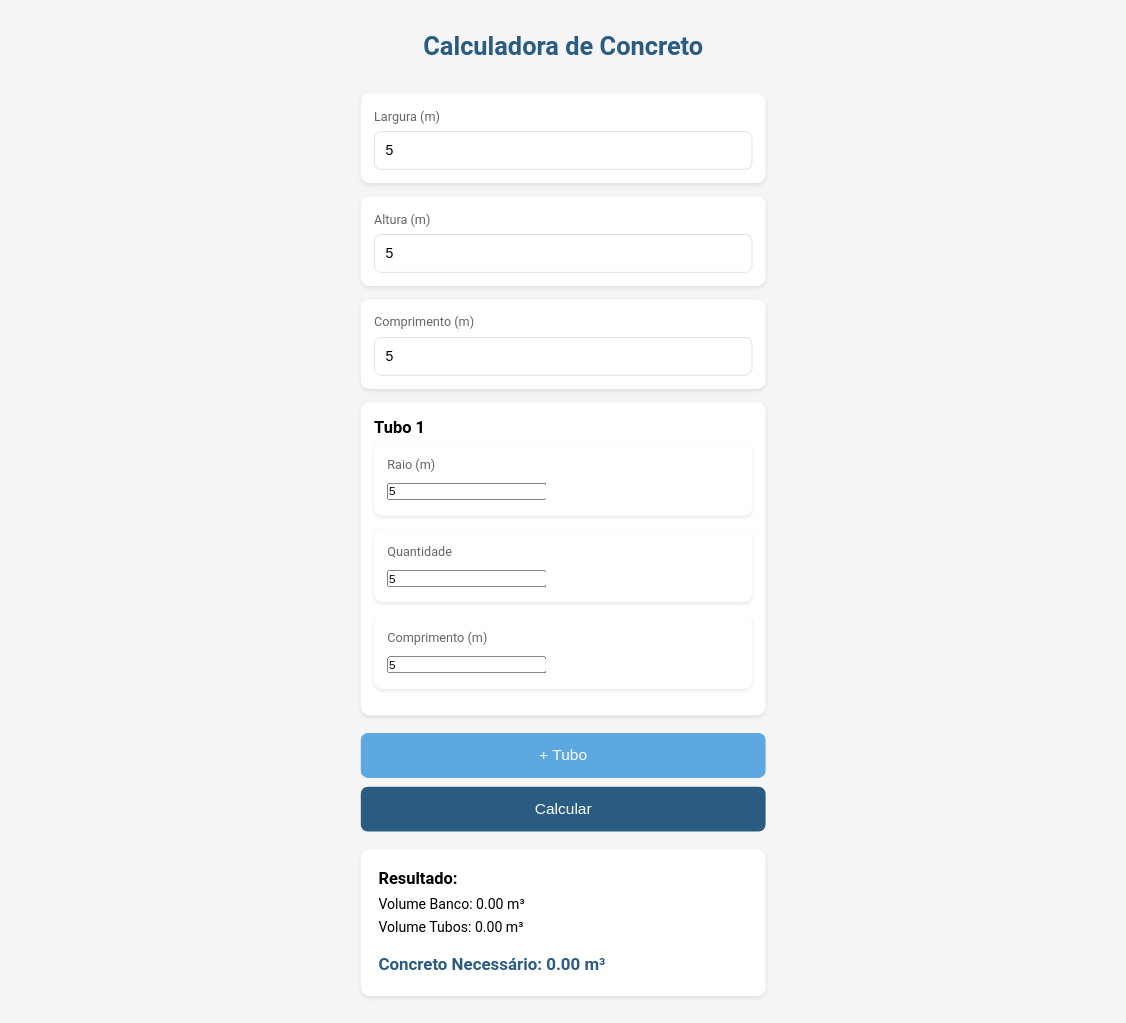
Repository: Valmir-Goncalves/calc_Uane_Souza
Page: concrete-calc/index.html
The author's editor kept a copy of each file at every save. The page is drawn from the files as they stood at one save, then again after the next save.
The browser window is 1280 px wide. The pictures show the whole page, at 88% of full size.
Empty fields were first filled with sample values (such as "Sample", 5 or name@example.com).
After loading, the first visible `button.mobile-btn` was clicked once.

Above is the page before, as saved 2025-03-22 20:51:12.
Console error: SyntaxError: Unexpected token '<'

### concrete-calc/index.html
<!DOCTYPE html>
<html lang="pt-BR">
<head>
    <meta charset="UTF-8">
    <meta name="viewport" content="width=device-width, initial-scale=1.0, maximum-scale=1.0, user-scalable=no">
    <title>ConcreteCalc Mobile</title>
    <link rel="manifest" href="manifest.json">
    <link rel="stylesheet" href="css/style.css">
</head>
<body>
    <div class="container">
        <h1>Calculadora de Concreto</h1>

        <div class="input-group">
            <label>Largura (m)</label>
            <input type="number" id="largura" step="0.01" class="mobile-input">
        </div>

        <div class="input-group">
            <label>Altura (m)</label>
            <input type="number" id="altura" step="0.01" class="mobile-input">
        </div>

        <div class="input-group">
            <label>Comprimento (m)</label>
            <input type="number" id="comprimento" step="0.01" class="mobile-input">
        </div>

        <div id="tubos-container">
            <div class="tubo-item">
                <h3>Tubo 1</h3>
                <div class="input-group">
                    <label>Raio (m)</label>
                    <input type="number" class="raio" step="0.01">
                </div>
                <div class="input-group">
                    <label>Quantidade</label>
                    <input type="number" class="quantidade">
                </div>
                <div class="input-group">
                    <label>Comprimento (m)</label>
                    <input type="number" class="comprimento-tubo" step="0.01">
                </div>
            </div>
        </div>

        <div class="button-group">
            <button class="mobile-btn" onclick="adicionarTubo()">+ Tubo</button>
            <button class="mobile-btn primary" onclick="calcular()">Calcular</button>
        </div>

        <div class="resultado">
            <h3>Resultado:</h3>
            <p>Volume Banco: <span id="volume-banco">0.00</span> m³</p>
            <p>Volume Tubos: <span id="volume-tubos">0.00</span> m³</p>
            <p class="total">Concreto Necessário: <span id="concreto">0.00</span> m³</p>
        </div>
    </div>

    <script src="js/app.js"></script>
</body>
</html>

### concrete-calc/css/style.css
:root {
    --primary-color: #2A5C82;
    --secondary-color: #5DA8E1;
    --background: #f5f5f5;
}

* {
    box-sizing: border-box;
    margin: 0;
    padding: 0;
}

body {
    font-family: 'Roboto', sans-serif;
    background: var(--background);
    font-size: 16px;
    line-height: 1.6;
}

.container {
    padding: 20px;
    max-width: 100%;
    margin: 0 auto;
}

h1 {
    color: var(--primary-color);
    text-align: center;
    margin-bottom: 30px;
    font-size: 1.8em;
}

.input-group {
    margin-bottom: 15px;
    background: white;
    padding: 15px;
    border-radius: 10px;
    box-shadow: 0 2px 5px rgba(0,0,0,0.1);
}

label {
    color: #666;
    font-size: 0.9em;
    margin-bottom: 5px;
    display: block;
}

.mobile-input {
    width: 100%;
    padding: 12px;
    border: 1px solid #ddd;
    border-radius: 8px;
    font-size: 1em;
    -webkit-appearance: none;
}

.button-group {
    display: grid;
    gap: 10px;
    margin: 20px 0;
}

.mobile-btn {
    background: var(--secondary-color);
    color: white;
    border: none;
    padding: 15px;
    border-radius: 8px;
    font-size: 1.1em;
    cursor: pointer;
    transition: opacity 0.3s;
}

.mobile-btn.primary {
    background: var(--primary-color);
}

.mobile-btn:hover {
    opacity: 0.9;
}

.tubo-item {
    background: #fff;
    padding: 15px;
    margin-bottom: 15px;
    border-radius: 10px;
    box-shadow: 0 2px 5px rgba(0,0,0,0.1);
}

.resultado {
    background: white;
    padding: 20px;
    border-radius: 10px;
    margin-top: 20px;
    box-shadow: 0 2px 5px rgba(0,0,0,0.1);
}

.total {
    color: var(--primary-color);
    font-weight: bold;
    margin-top: 15px;
    font-size: 1.2em;
}

@media (min-width: 768px) {
    .container {
        max-width: 500px;
        padding: 30px 20px;
    }
}

### concrete-calc/js/app.js
// Service Worker Registration
if ('serviceWorker' in navigator) {
        window.addEventListener('load', () => {
            navigator.serviceWorker.register('/sw.js')
                .then(registration => {
                    console.log('ServiceWorker registrado');
                })
                .catch(err => {
                    console.log('Falha no ServiceWorker:', err);
                });
        });
    }

    // Lógica da Calculadora
    let tuboCount = 1;

    function adicionarTubo() {
        tuboCount++;
        const novoItem = document.createElement('div');
        novoItem.className = 'tubo-item';
        novoItem.innerHTML =
            <h3>Tubo ${tuboCount}</h3>
            <div class="input-group">
                <label>Raio (m)</label>
                <input type="number" class="raio" step="0.01">
            </div>
            <div class="input-group">
                <label>Quantidade</label>
                <input type="number" class="quantidade">
            </div>
            <div class="input-group">
                <label>Comprimento (m)</label>
                <input type="number" class="comprimento-tubo" step="0.01">
            </div>
        ;
        document.getElementById('tubos-container').appendChild(novoItem);
    }

    function calcular() {
        const largura = parseFloat(document.getElementById('largura').value) || 0;
        const altura = parseFloat(document.getElementById('altura').value) || 0;
        const comprimento = parseFloat(document.getElementById('comprimento').value) || 0;

        let volumeTubos = 0;

        document.querySelectorAll('.tubo-item').forEach(tubo => {
            const raio = parseFloat(tubo.querySelector('.raio').value) || 0;
            const quantidade = parseFloat(tubo.querySelector('.quantidade').value) || 0;
            const comprimentoTubo = parseFloat(tubo.querySelector('.comprimento-tubo').value) || 0;

            volumeTubos += Math.PI * Math.pow(raio, 2) * comprimentoTubo * quantidade;
        });

        const volumeBanco = largura * altura * comprimento;
        const concretoNecessario = volumeBanco - volumeTubos;

        // Atualizar UI
        document.getElementById('volume-banco').textContent = volumeBanco.toFixed(2);
        document.getElementById('volume-tubos').textContent = volumeTubos.toFixed(2);
        document.getElementById('concreto').textContent = concretoNecessario.toFixed(2);
    }

    // Salvar dados offline
    function salvarLocalmente() {
        const dados = {
            largura: document.getElementById('largura').value,
            altura: document.getElementById('altura').value,
            comprimento: document.getElementById('comprimento').value,
            tubos: []
        };

        document.querySelectorAll('.tubo-item').forEach(tubo => {
            dados.tubos.push({
                raio: tubo.querySelector('.raio').value,
                quantidade: tubo.querySelector('.quantidade').value,
                comprimento: tubo.querySelector('.comprimento-tubo').value
            });
        });

        localStorage.setItem('concreteCalcData', JSON.stringify(dados));
    }

    // Carregar dados salvos
    window.addEventListener('load', () => {
        const savedData = localStorage.getItem('concreteCalcData');
        if (savedData) {
            const dados = JSON.parse(savedData);
            // Implementar lógica de carregamento
        }
    });

After the next save:
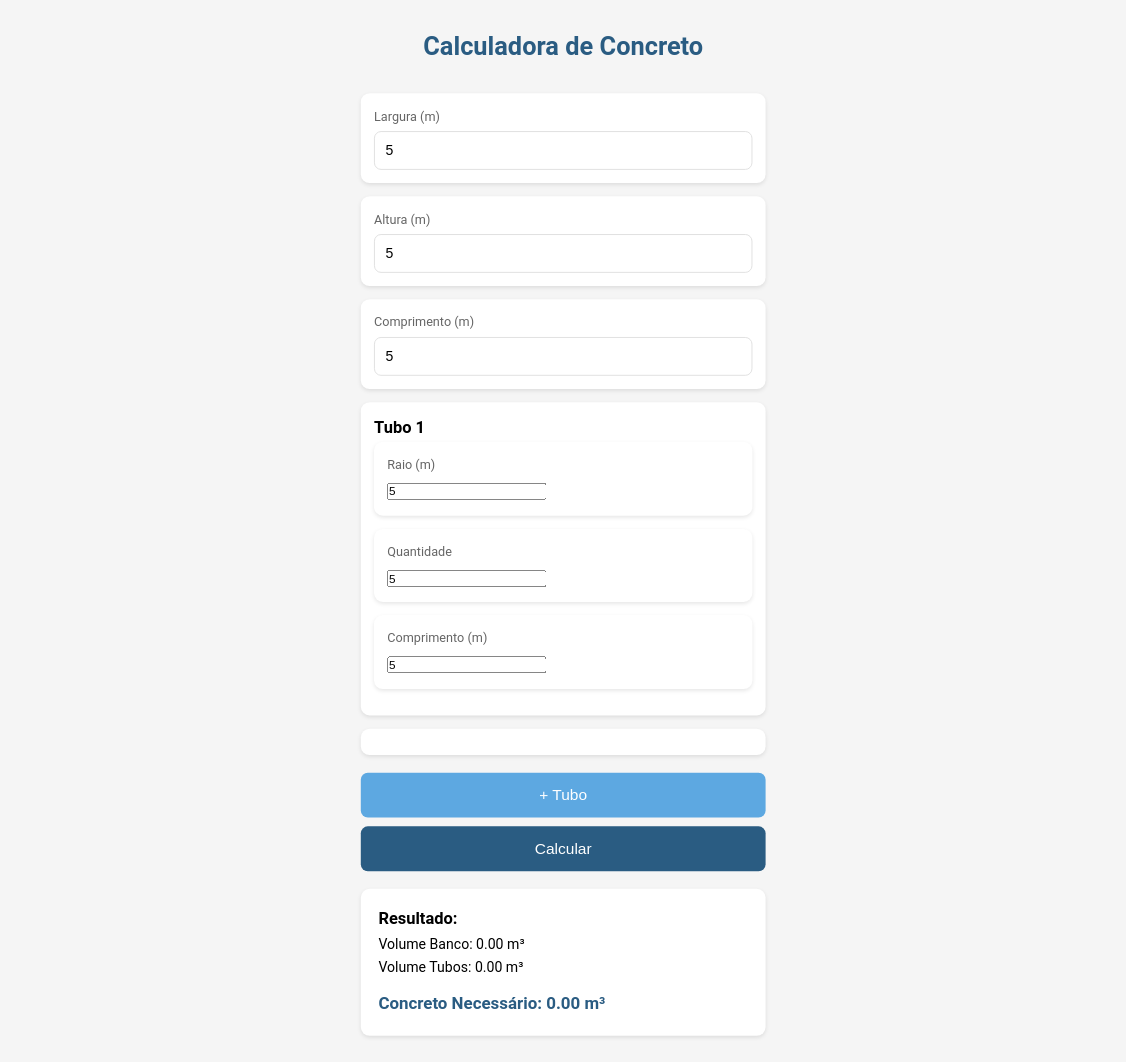
The error is gone.
Saved 11 min 55 s later.
--- a/concrete-calc/js/app.js
+++ b/concrete-calc/js/app.js
@@ -18,21 +18,7 @@
         tuboCount++;
         const novoItem = document.createElement('div');
         novoItem.className = 'tubo-item';
-        novoItem.innerHTML =
-            <h3>Tubo ${tuboCount}</h3>
-            <div class="input-group">
-                <label>Raio (m)</label>
-                <input type="number" class="raio" step="0.01">
-            </div>
-            <div class="input-group">
-                <label>Quantidade</label>
-                <input type="number" class="quantidade">
-            </div>
-            <div class="input-group">
-                <label>Comprimento (m)</label>
-                <input type="number" class="comprimento-tubo" step="0.01">
-            </div>
-        ;
+
         document.getElementById('tubos-container').appendChild(novoItem);
     }
 
